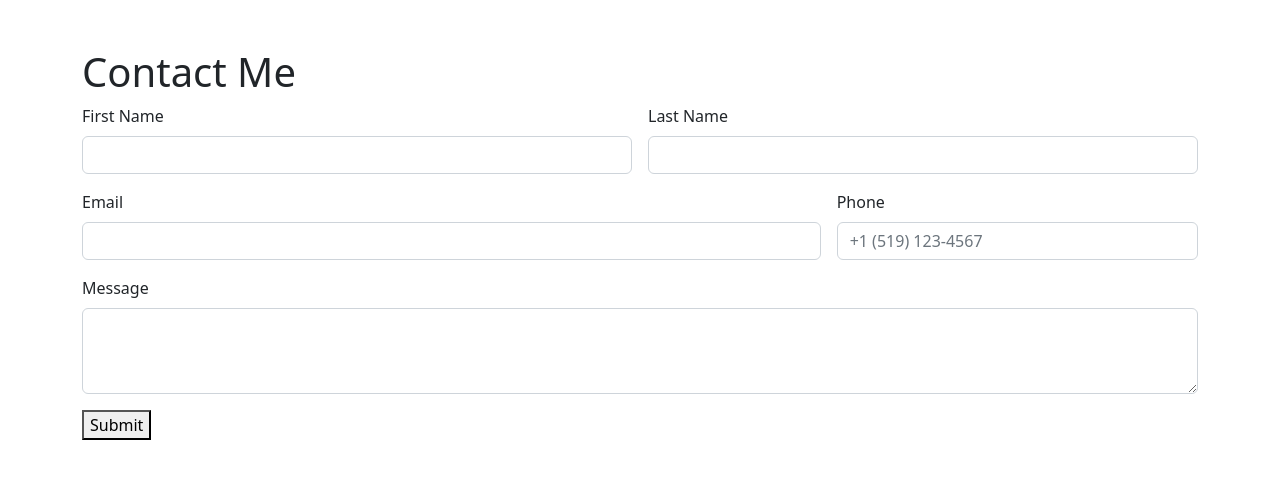
Repository: dvynchi/profile-2022
Page: success.html
These files come from the project's save history. The page is drawn as it stood at one moment and after the next save; the edit follows.
The browser window is 1280 px wide. The pictures show the whole page.

Above is the page before, as saved 2022-08-17 17:59:16.

### success.html
<!DOCTYPE html>
<html lang="en">
<head>
    <meta charset="UTF-8">
    <meta http-equiv="X-UA-Compatible" content="IE=edge">
    <meta name="viewport" content="width=device-width, initial-scale=1.0">
    <title>contact form</title>
    <!-- embed remote style sheet - BOOTSTRAP css-->
    <link rel="stylesheet" href="https://cdn.jsdelivr.net/npm/bootstrap@5.2.0/dist/css/bootstrap.min.css" rel="stylesheet" integrity="sha384-gH2yIJqKdNHPEq0n4Mqa/HGKIhSkIHeL5AyhkYV8i59U5AR6csBvApHHNl/vI1Bx" crossorigin="anonymous">
</head>

<body>
    <div class="container mt-5">
        <h1>Contact Me</h1>
        <!-- ----------- start grid (divide one row into cols) ----------->
        <!-- ----------- 'Max container width is 12 ----------->
        <!-- ----------- 'cols 1 + 2 = 100% , cols 3 + 4 = 100% ------->
        <!-- ----------- 'required' ensures field must be filled --------->
        <form class="row g-3">
            <!-----------col1--medium column of 50% (ie: 6/12)--------->
            <div class="col-md-6">
                <label for="firstName" class="form-label">First Name</label>
                <input type="text" class="form-control" id="firstName" required>
            </div>
            <!---------------------col2 (ie: 6/12) ------------------------------>
            <div class="col-md-6">
                <label for="lastName" class="form-label">Last Name</label>
                <input type="text" class="form-control" id="lastName" required>
            </div>
            <!-- ---------------------- col3 wider (8/12) ----------------->
            <div class="col-md-8">
                <label for="emailInfo" class="form-label">Email</label>
                <input type="email" class="form-control" id="emailInfo" required>
            </div>
            <!-- ---------------------- col4 wider (4/12) ----------------->
            <div class="col-md-4">
                <label for="phoneNumber" class="form-label">Phone</label>
                <input type="text" class="form-control" id="phoneNumber" placeholder="+1 (519) 123-4567">
            </div>
            <!-- -------- comments box is full width of the container ------>
            <div class="col-md-12">
                <label for="message" class="form-label">Message</label>
                <textarea class="form-control" id="message" rows="3" required></textarea>
            </div>
            <!-- -------- Button ------>
            <div class="col-md-12">
                <button class="submit" id="btn btn-primary">Submit</button>
            </div>

        </form>
    </div>


    <!-- ---------------------- BOOTSTRAP BUNDLE WITH POPPER - JS ----------------->
    <script src="https://cdn.jsdelivr.net/npm/bootstrap@5.0.2/dist/js/bootstrap.bundle.min.js" integrity="sha384-MrcW6ZMFYlzcLA8Nl+NtUVF0sA7MsXsP1UyJoMp4YLEuNSfAP+JcXn/tWtIaxVXM" crossorigin="anonymous"></script>

</body>
</html>

After the next save:
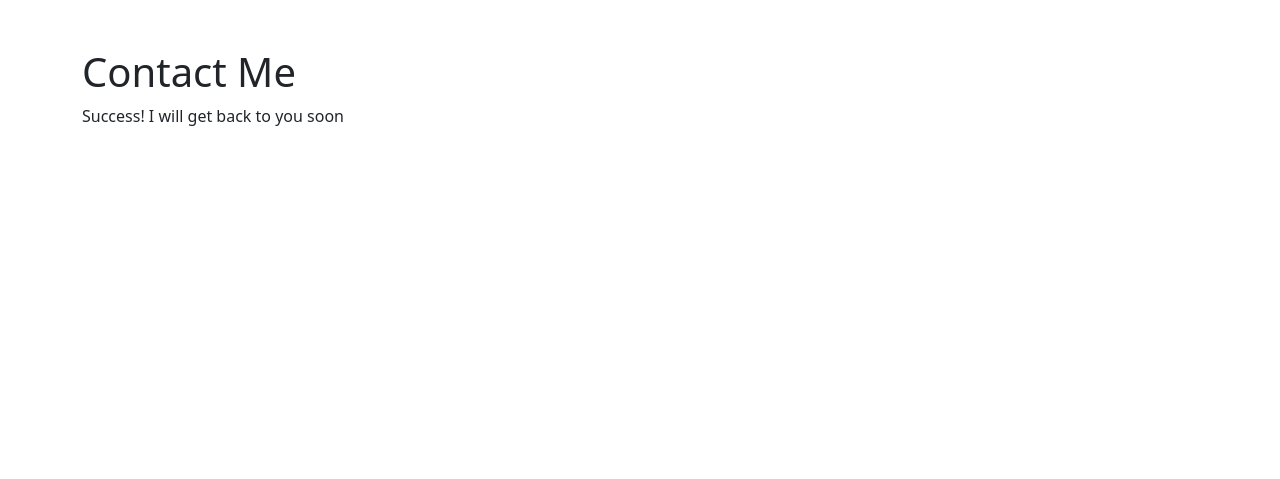
Saved 5 min 27 s later.
--- a/success.html
+++ b/success.html
@@ -12,42 +12,9 @@
 <body>
     <div class="container mt-5">
         <h1>Contact Me</h1>
-        <!-- ----------- start grid (divide one row into cols) ----------->
-        <!-- ----------- 'Max container width is 12 ----------->
-        <!-- ----------- 'cols 1 + 2 = 100% , cols 3 + 4 = 100% ------->
-        <!-- ----------- 'required' ensures field must be filled --------->
-        <form class="row g-3">
-            <!-----------col1--medium column of 50% (ie: 6/12)--------->
-            <div class="col-md-6">
-                <label for="firstName" class="form-label">First Name</label>
-                <input type="text" class="form-control" id="firstName" required>
-            </div>
-            <!---------------------col2 (ie: 6/12) ------------------------------>
-            <div class="col-md-6">
-                <label for="lastName" class="form-label">Last Name</label>
-                <input type="text" class="form-control" id="lastName" required>
-            </div>
-            <!-- ---------------------- col3 wider (8/12) ----------------->
-            <div class="col-md-8">
-                <label for="emailInfo" class="form-label">Email</label>
-                <input type="email" class="form-control" id="emailInfo" required>
-            </div>
-            <!-- ---------------------- col4 wider (4/12) ----------------->
-            <div class="col-md-4">
-                <label for="phoneNumber" class="form-label">Phone</label>
-                <input type="text" class="form-control" id="phoneNumber" placeholder="+1 (519) 123-4567">
-            </div>
-            <!-- -------- comments box is full width of the container ------>
-            <div class="col-md-12">
-                <label for="message" class="form-label">Message</label>
-                <textarea class="form-control" id="message" rows="3" required></textarea>
-            </div>
-            <!-- -------- Button ------>
-            <div class="col-md-12">
-                <button class="submit" id="btn btn-primary">Submit</button>
-            </div>
+        <p>Success! I will get back to you soon</p>
 
-        </form>
+
     </div>
 
 
